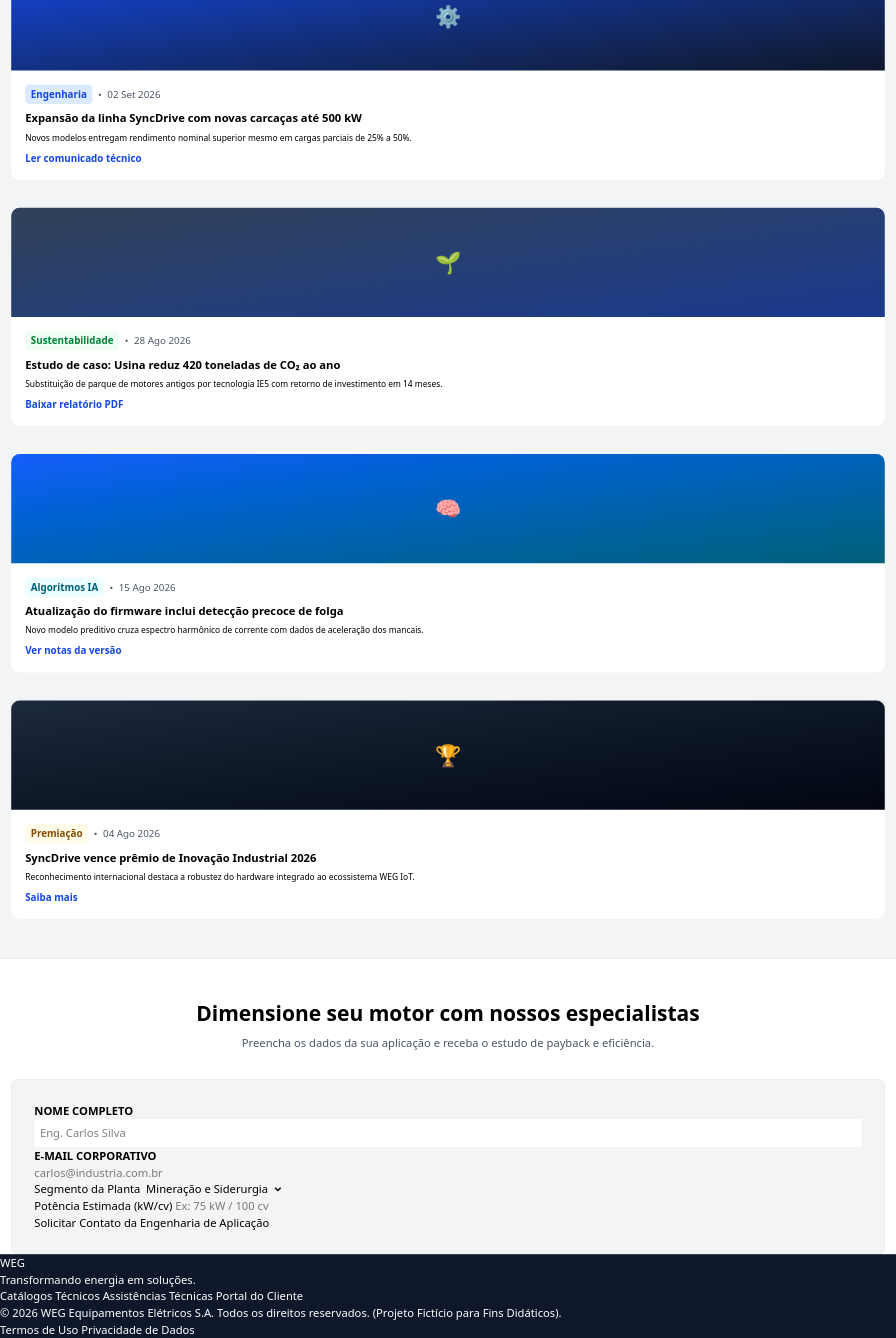
Repository: camilewng/Exercicio-Tailwind
Page: index.html
These files come from the project's save history. The page is drawn as it stood at one moment and after the next save; the edit follows.
The browser window is 1280 px wide. The pictures show the part of the page from y = 3144 to 5064 px (the page is 5056 px tall before and 5064 px after), at 70% of full size.

Above is the page before, as saved 2026-09-14 18:10:02.

After the next save:
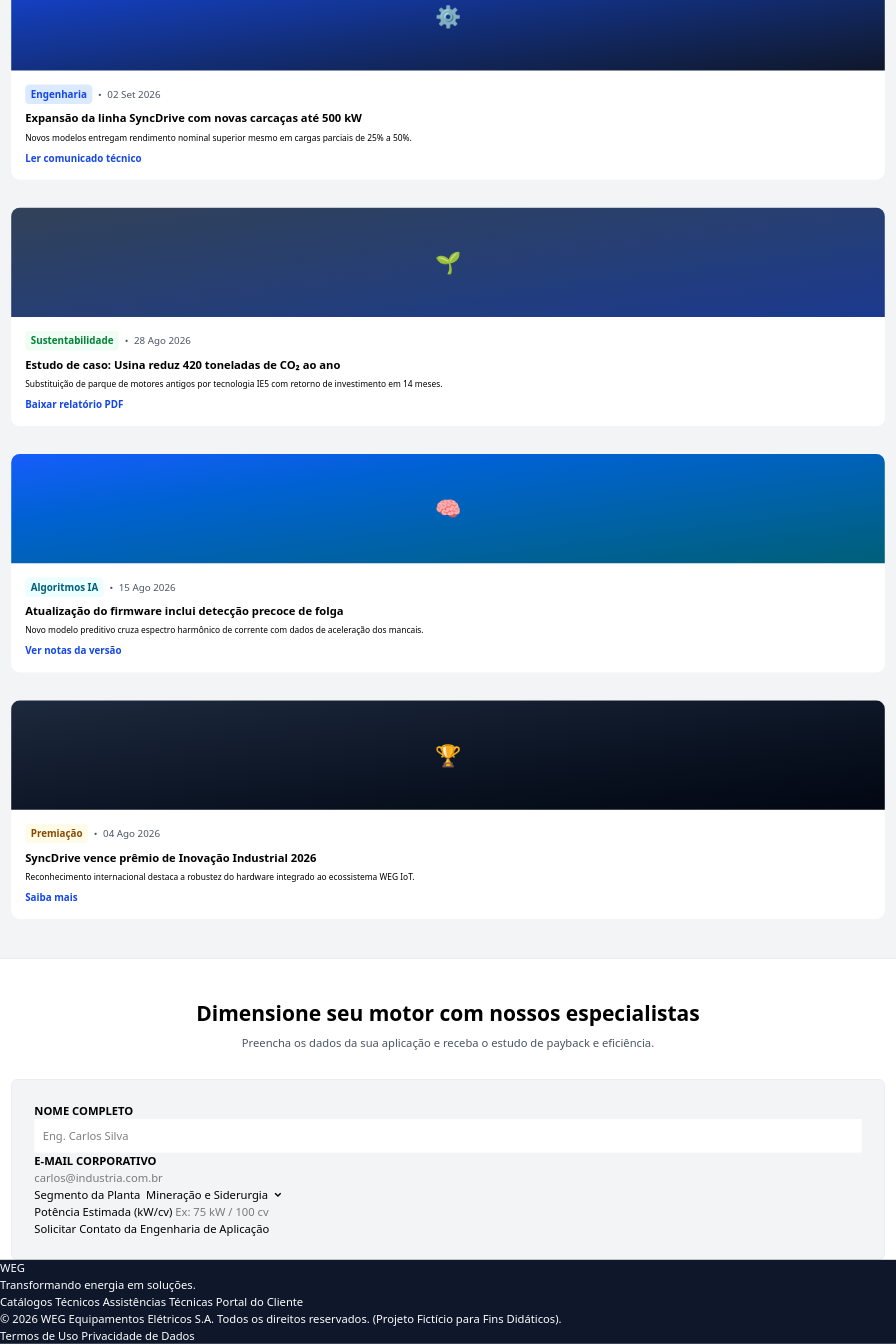
Saved 5 s later.
--- a/index.html
+++ b/index.html
@@ -332,7 +332,7 @@
           <div class="flex flex-col">
             <div class="flex flex-col">
               <label class="uppercase font-semibold">Nome Completo</label>
-              <input type="text" placeholder="Eng. Carlos Silva" class="bg-white p-2">
+              <input type="text" placeholder="Eng. Carlos Silva" class="bg-white p-3">
             </div>
             <div class="flex flex-col">
               <label class="uppercase font-semibold">E-mail Corporativo</label>
